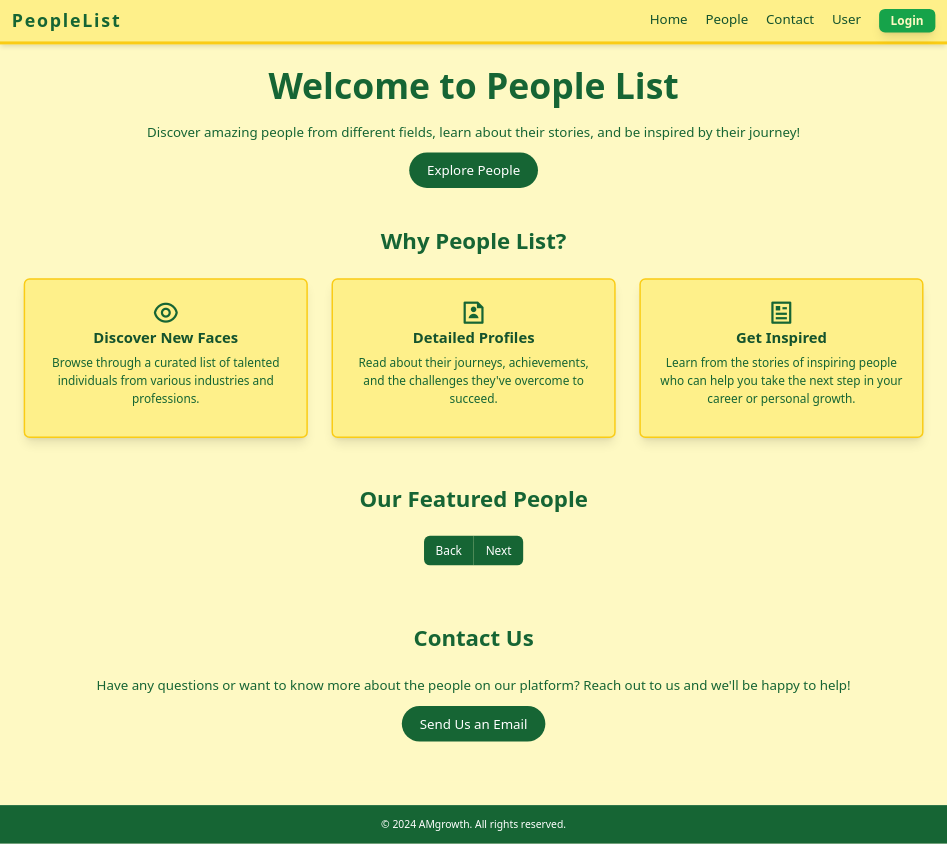
Repository: ArievfRahman-Dev/Mini-Project-II
Page: / (app in miniproject2/)
An editor plug-in stored every save of this project. The page is shown before and after the next save, followed by the edit.
The browser window is 1280 px wide. The pictures show the whole page, at 74% of full size.
The page's requests for data from a server got no answer. The project was rebuilt for these pictures with package versions that can differ from the ones it lists, and the page was loaded fresh each time. No one was signed in, and anything a server would have sent is missing. Also part of the build but not shown: miniproject2/vite.config.js, miniproject2/src/pages/DetailUser/index.jsx, miniproject2/src/pages/LoginPage/index.jsx, miniproject2/src/pages/RegisterPages/index.jsx, miniproject2/src/routes/ProtectedRoute.jsx.

Above is the page before, as saved 2024-12-25 10:35:28.

After the next save:
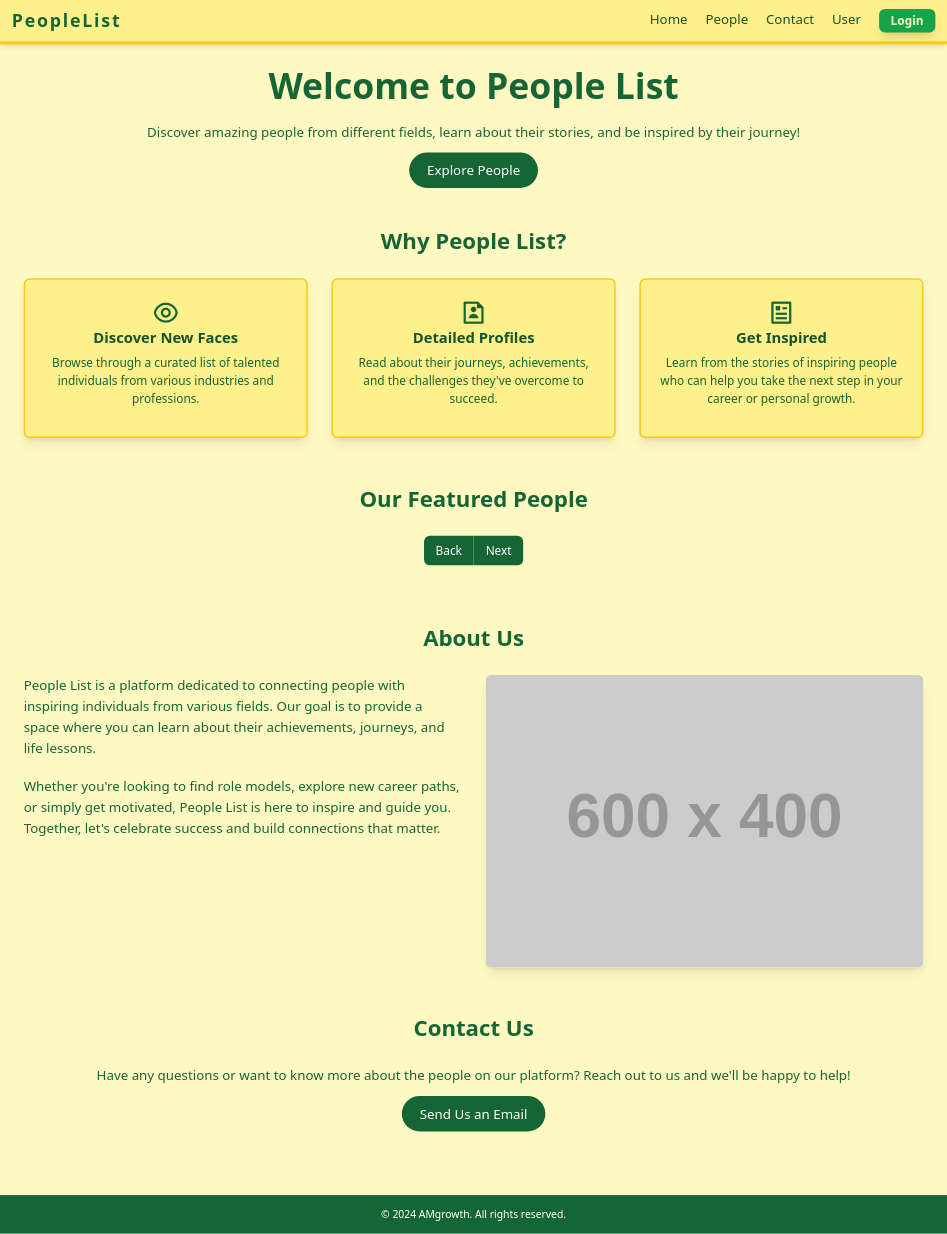
Saved 90 min 40 s later.
--- a/miniproject2/src/pages/HomePage/index.jsx
+++ b/miniproject2/src/pages/HomePage/index.jsx
@@ -130,6 +130,34 @@ export const HomePage = () => {
             ))}
           </div>
         </div>
+        <div id="about" className="container px-4 mx-auto mt-16 lg:px-8">
+          <h2 className="mb-8 text-3xl font-semibold text-center text-green-800">
+            About Us
+          </h2>
+          <div className="grid grid-cols-1 gap-8 md:grid-cols-2">
+            <div>
+              <p className="mb-6 text-lg text-green-800">
+                People List is a platform dedicated to connecting people with
+                inspiring individuals from various fields. Our goal is to
+                provide a space where you can learn about their achievements,
+                journeys, and life lessons.
+              </p>
+              <p className="text-lg text-green-800">
+                Whether you're looking to find role models, explore new career
+                paths, or simply get motivated, People List is here to inspire
+                and guide you. Together, let's celebrate success and build
+                connections that matter.
+              </p>
+            </div>
+            <div>
+              <img
+                src="https://via.placeholder.com/600x400"
+                alt="About Us"
+                className="rounded-lg shadow-lg"
+              />
+            </div>
+          </div>
+        </div>
         <div id="contact" className="py-16 bg-yellow-100">
           <div className="container px-4 mx-auto text-center lg:px-8">
             <h2 className="mb-8 text-3xl font-semibold text-green-800">
